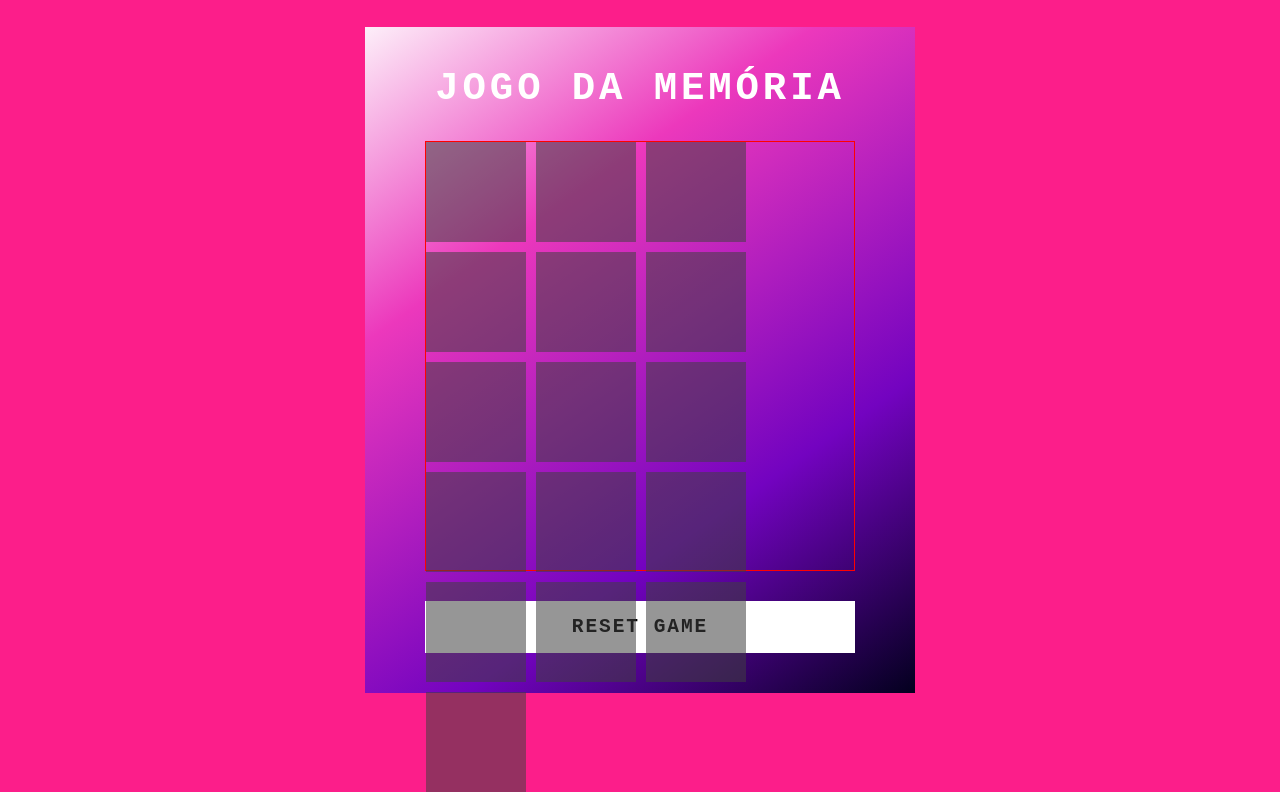
Repository: Zoemateus324/memory-game
Page: index.html
The author's editor kept a copy of each file at every save. The page is drawn from the files as they stood at one save, then again after the next save.
The browser window is 1280 px wide. The pictures show the whole page.

Above is the page before, as saved 2024-11-27 09:15:41.

### index.html
<!DOCTYPE html>
<html lang="pt-br">

<head>
    <meta charset="UTF-8">
    <meta name="viewport" content="width=device-width, initial-scale=1.0">
    <title>Memory Game</title>
    <link rel="stylesheet" href="./src/styles/reset.css">
    <link rel="stylesheet" href="./src/styles/main.css">
</head>

<body>
    <div class="container">
        <h2>Jogo da Memória</h2>
        <div class="game">
        </div>
        <button class="reset" onclick="window.location.reload()">RESET GAME</button>
    </div>



    <script src="./src/scripts/engine.js" defer></script>
</body>

</html>

### src/styles/reset.css
*{
    margin:0;
    padding:0;
    outline:none;
    box-sizing:border-box;
    font-family:monospace;
}

### src/styles/main.css
body{
    display:flex;
    justify-content:center;
    align-items:center;
    min-height:100vh;
    background:#fc1e8a;

}


.container{
    position:relative;
    display:flex;
    flex-direction:column;
    justify-content:center;
    align-items:center;
    gap:30px;
    background:linear-gradient(
        325deg,
        #03001e 0%,
        #7303c0 30%,
        #ec38bc 70%,
        #fdeff9 100%
    );
    padding:40px 60px;
}


h2{
    font-size:3em;
    color: #fff;
    text-transform:uppercase;
    letter-spacing:0.1em;
}


.reset{
    padding:15px 20px;
    width:100%;
    color:#000;
    background-color:#fff;
    border:none;
    font-size:1.5em;
    letter-spacing:0.1em;
    text-transform:uppercase;
    cursor:pointer;
    font-weight:600;

}

.reset:focus{
    color:#ec38bc;
    background-color:#262809;
}


.game{
    width:430px;
    height:430px;
    border:1px solid red;
    display:flex;
    flex-wrap:wrap;
    gap:10px;
    transform-style:preserve-3d;
    perspective:500px;
}


.item{
    position:relative;
    width:100px;
    height:100px;
    opacity:55%;
    display:flex;
    align-items:center;
    justify-content:center;
    background-color:#fff;


    font-size:3em;
    transform:rotateY(180deg);
    transition:0.25s;
}

.item::after{
    content:"";
    position:absolute;
    inset:0;
    background:#404040;
    transition:0.25s;
    transform:rotateY(0deg);
    backface-visibility:hidden;
}

.item.boxOpen{
    transform:rotateY(0deg);
}

.boxOpen::after{
    transform:rotateY(180deg);
}
.boxMatch::after{
    transform:rotateY(180deg);
}

### src/scripts/engine.js
const emojis = [
    "😁",
    "😁",
    "😢",
    "😢",
    "😤",
    "😤",
    "🤡",
    "🤡",
    "👹",
    "👹",
    "🐵",
    "🐵",
    "🦄",
    "🦄",
    "🦁",
    "🦁"
];
let openCards = [];



let shuffleEmojis = emojis.sort(() => (Math.random() > 0.5 ? 2 : -1));



for (let i = 0; i < emojis.length; i++) {
    let box = document.createElement("div");
    box.className = "item";
    box.innerHTML = shuffleEmojis[i];
    box.onclick = handleClick;
    document.querySelector(".game").appendChild(box);
}


function handleClick() {
    if (openCards.length < 2) {
        this.classList.add("boxOpen");
        openCards.push(this);
    }

    if (openCards.length == 2) {
        setTimeout(checkMatch, 500);
    }
}

function checkMatch() {

    if (openCards[0].innerHTML === openCards[1].innerHTML) {
        openCards[0].classList.add("boxMatch");
        openCards[1].classList.add("boxMatch");
    } else {
        openCards[0].classList.remove("boxOpen");
        openCards[1].classList.remove("boxOpen");
    }



    openCards = [];

    if (document.querySelectorAll(".boxMatch").length === emojis.length) {
        alert("Você venceu o jogo!");
    }
}

After the next save:
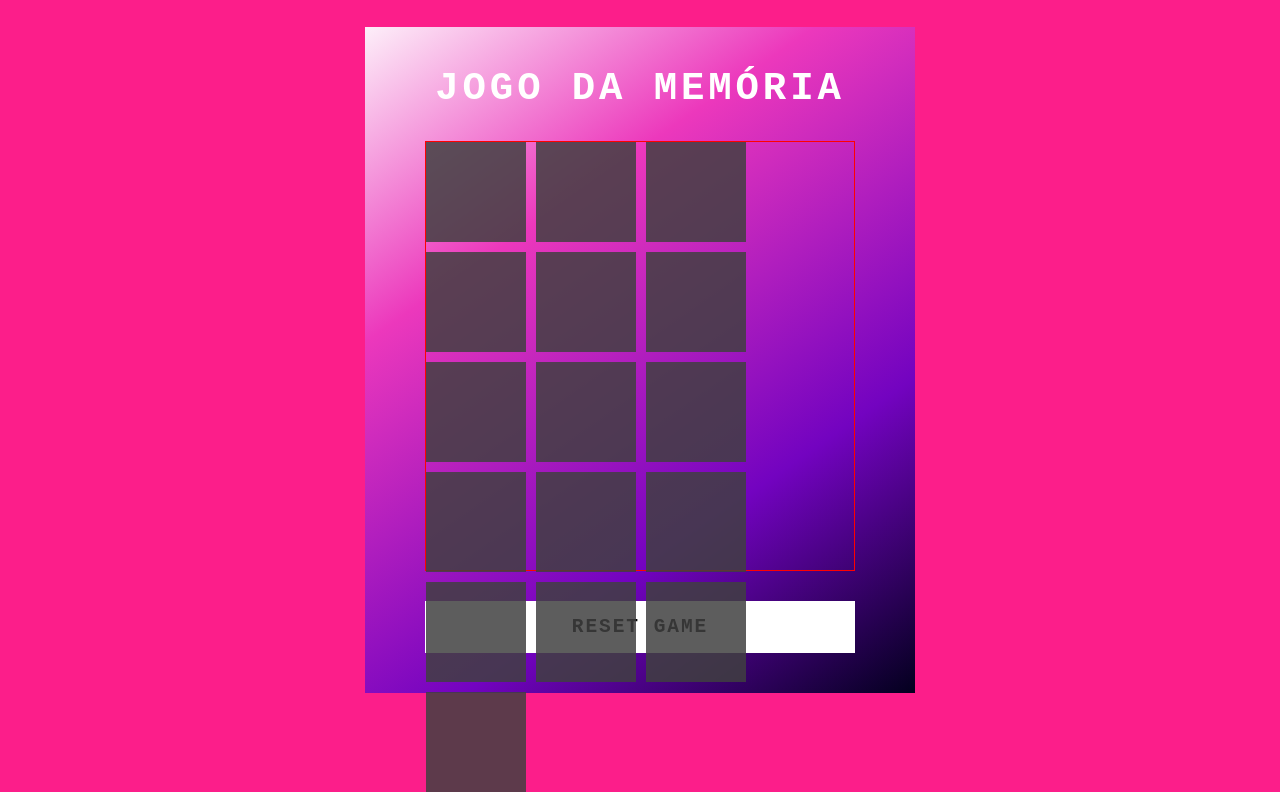
Saved 17 s later.
--- a/src/styles/main.css
+++ b/src/styles/main.css
@@ -70,7 +70,7 @@ h2{
     position:relative;
     width:100px;
     height:100px;
-    opacity:55%;
+    opacity:85%;
     display:flex;
     align-items:center;
     justify-content:center;
